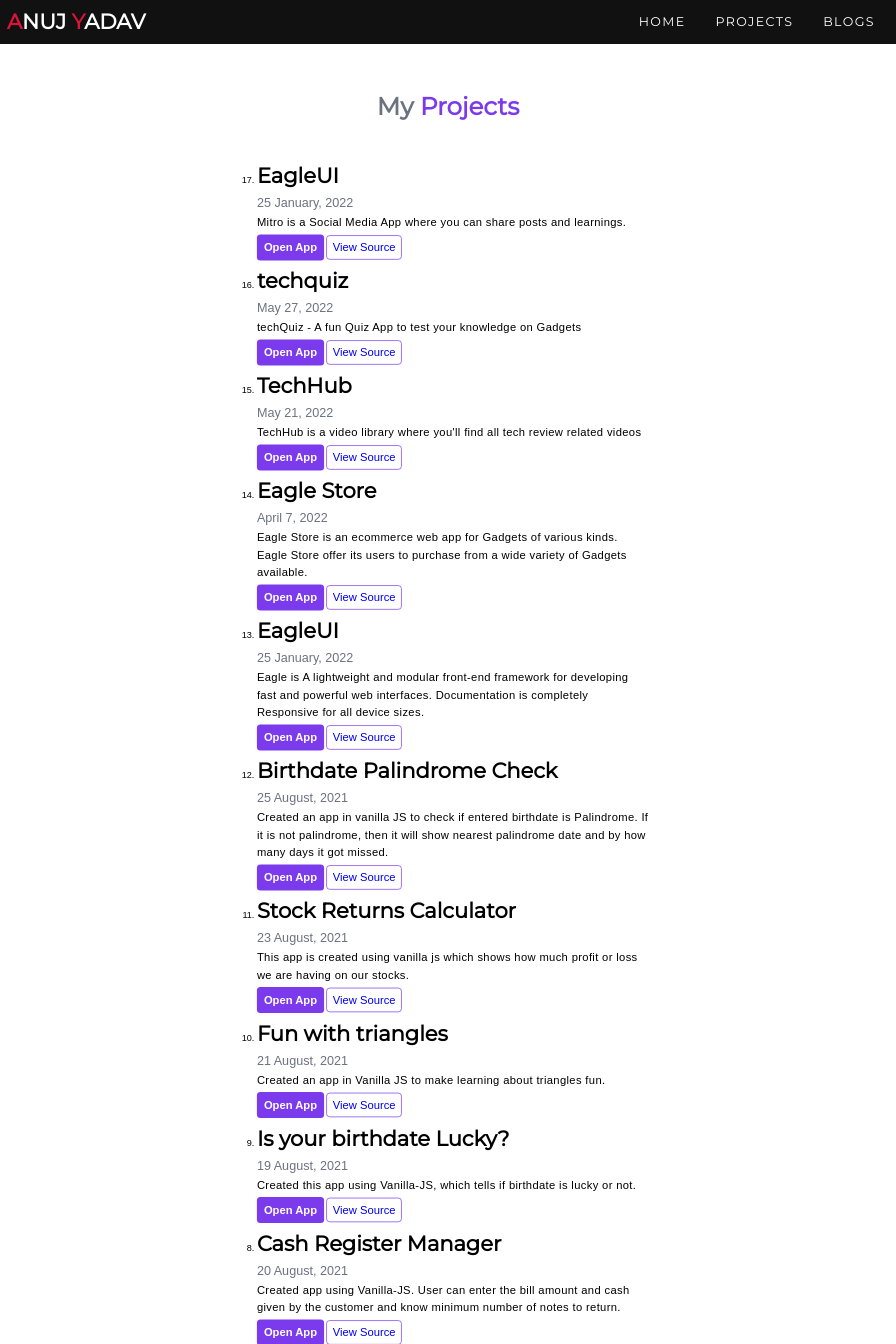
Repository: anuj-kumary/Portfolio
Page: project.html
An editor plug-in stored every save of this project. The page is shown before and after the next save, followed by the edit.
The browser window is 1280 px wide. The pictures show the part of the page from y = 0 to 1920 px (the page is 3549 px tall before and 3699 px after), at 70% of full size.

Above is the page before, as saved 2022-11-12 10:22:01.

After the next save:
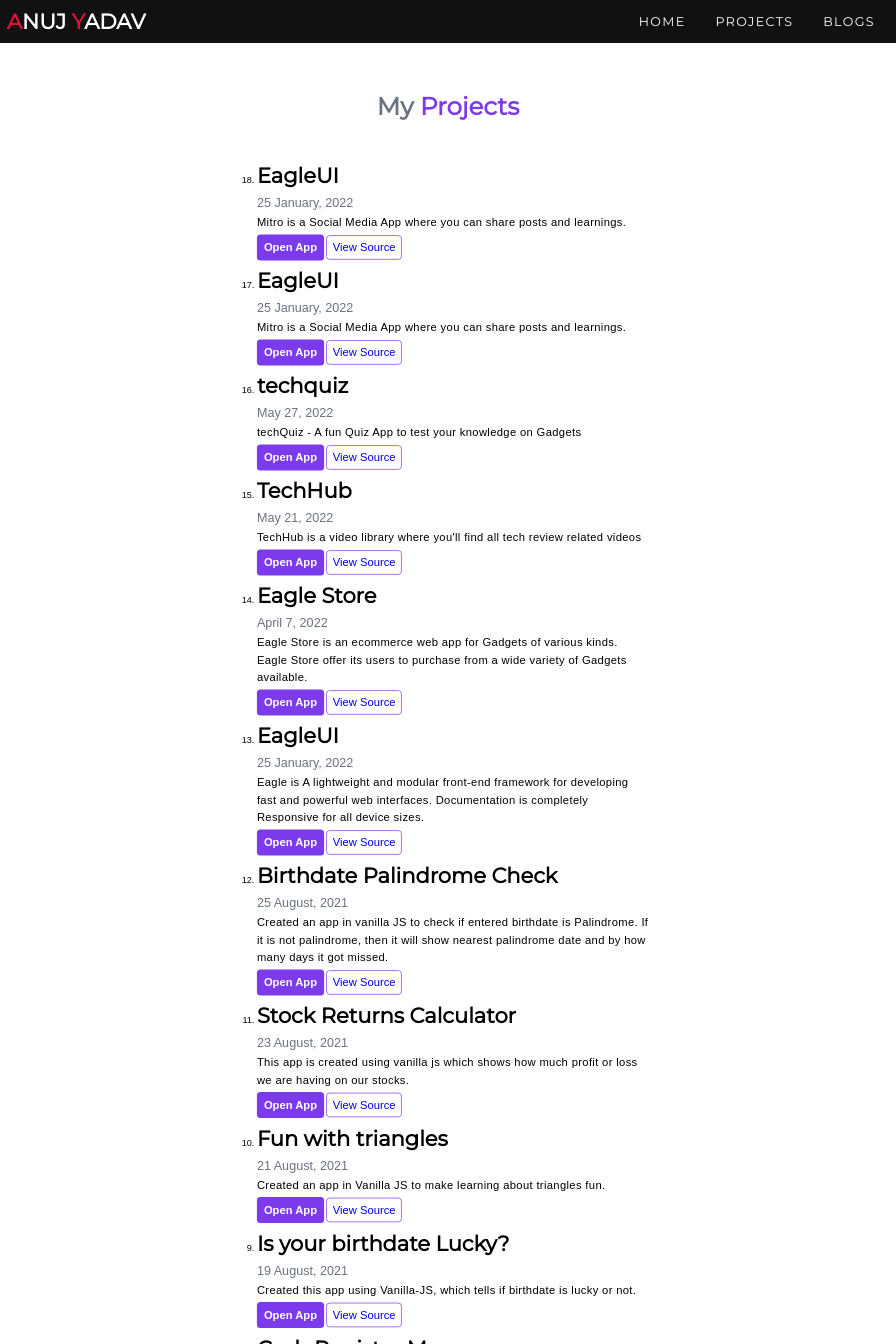
Saved 30 s later.
--- a/project.html
+++ b/project.html
@@ -50,6 +50,16 @@
       </li>
       <li>
         <article class="article article-padding ">
+          <h1>EagleUI</h1>
+          <time>25 January, 2022</time>
+          <p class="description">Mitro is a Social Media App where you can share posts and learnings.
+          </p>
+         <a class="link" href="https://mitro.netlify.app/">Open App</a>
+         <a class="btn1" href="https://github.com/anuj-kumary/mitro">View Source</a>
+        </article>
+      </li>
+      <li>
+        <article class="article article-padding ">
           <h1>techquiz</h1>
           <time>May 27, 2022</time>
           <p class="description">techQuiz - A fun Quiz App to test your knowledge on Gadgets
